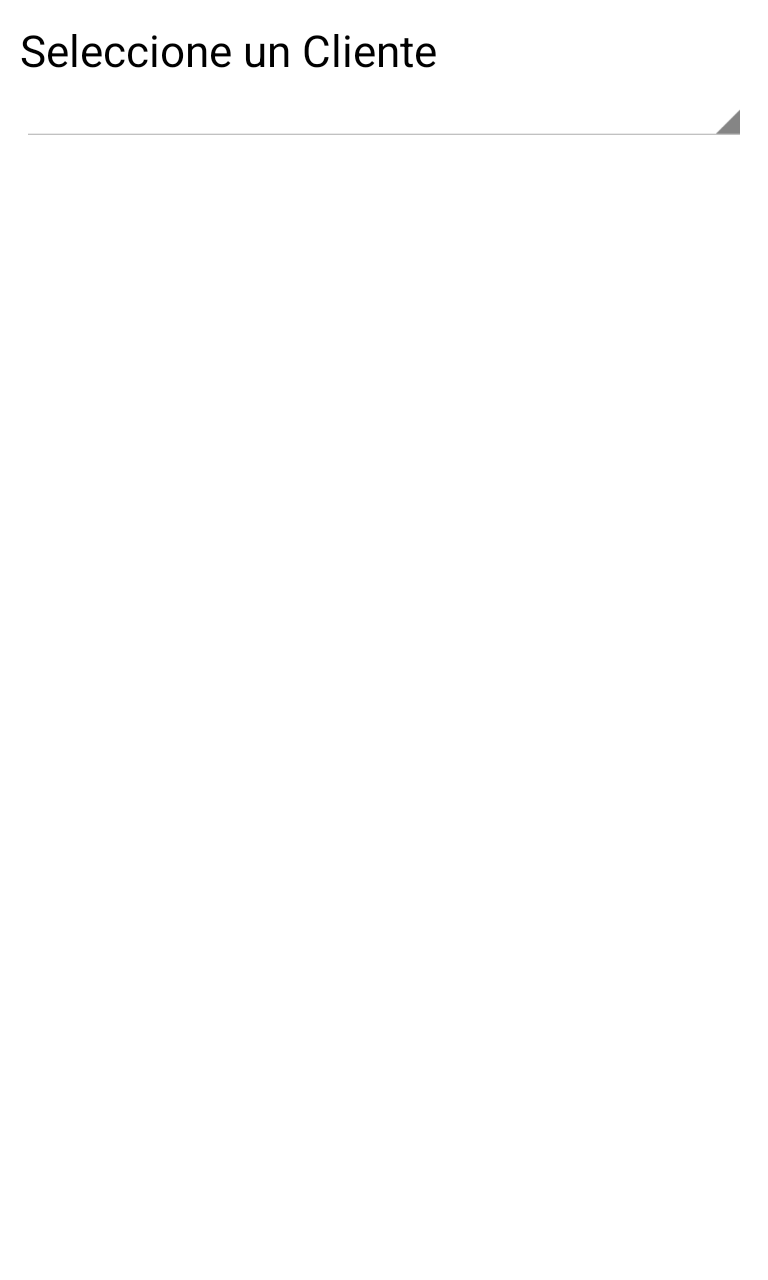
Repository: arodriguezp2003/aqandroid
Layout: BlueFlameWMS/res/layout/seleccioncliente.xml
An editor plug-in stored every save of this project. The layout is shown before and after the next save, followed by the edit.
It is drawn on a 768 x 1280 px phone screen (xhdpi) without system bars, with theme AppTheme; the app's code is not run.

Above is the layout before, as saved 2014-06-20 18:54:06.

After the next save:
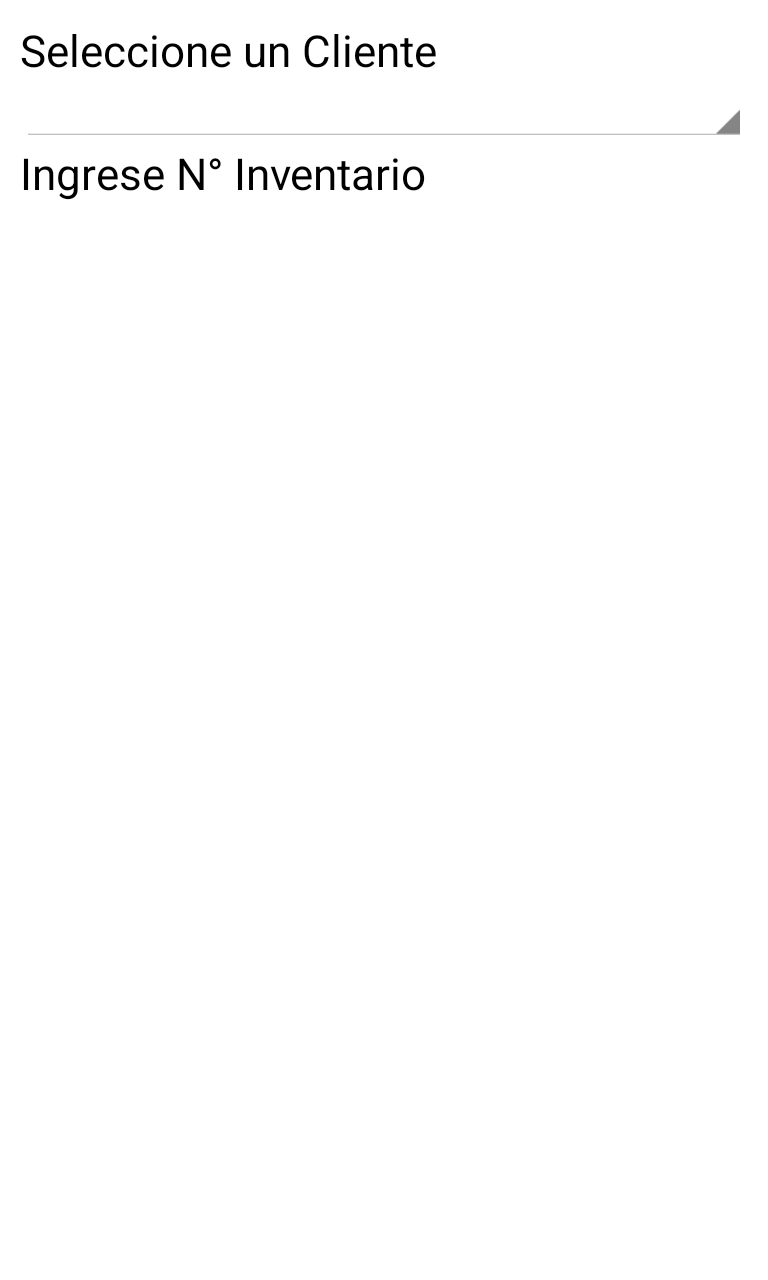
Saved 29 s later.
--- a/BlueFlameWMS/res/layout/seleccioncliente.xml
+++ b/BlueFlameWMS/res/layout/seleccioncliente.xml
@@ -15,4 +15,10 @@
         android:layout_width="fill_parent"
         android:layout_height="wrap_content"/>
 
+    <TextView android:layout_width="fill_parent"
+
+        android:layout_height="wrap_content"
+       android:textAppearance="?android:attr/textAppearanceLarge"
+        android:text="Ingrese N° Inventario"/>
+
 </LinearLayout>
